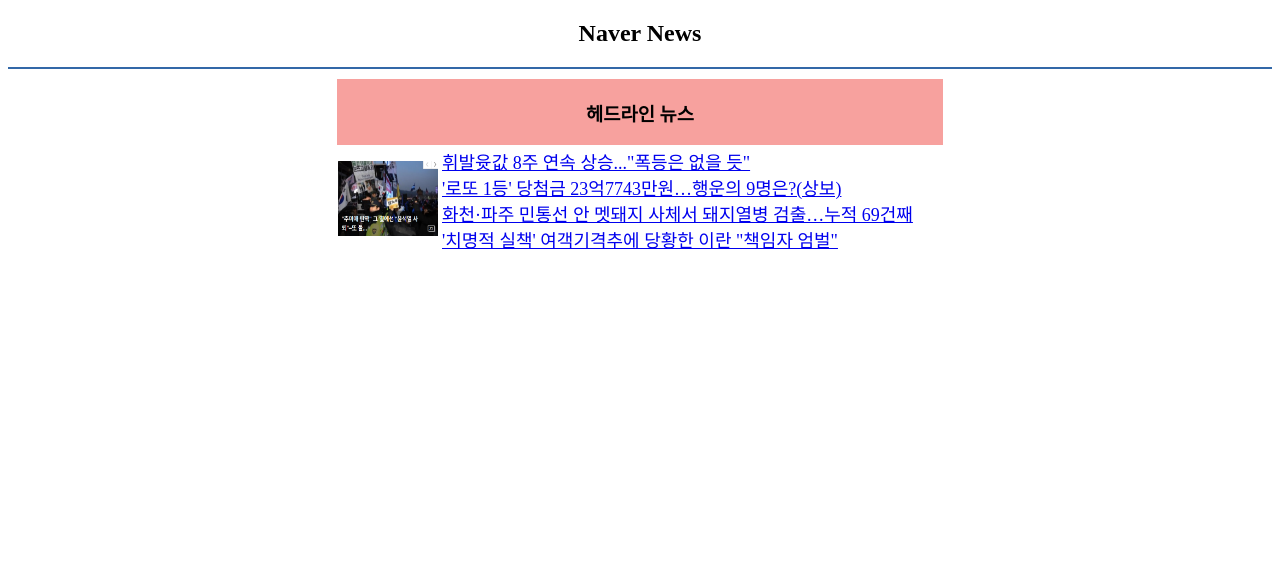
Repository: ujin2021/jsp_study
Page: jsp01/WebContent/naver.html
These files come from the project's save history. The page is drawn as it stood at one moment and after the next save; the edit follows.
The browser window is 1280 px wide. The pictures show the whole page.

Above is the page before, as saved 2020-01-11 16:26:26.

After the next save:
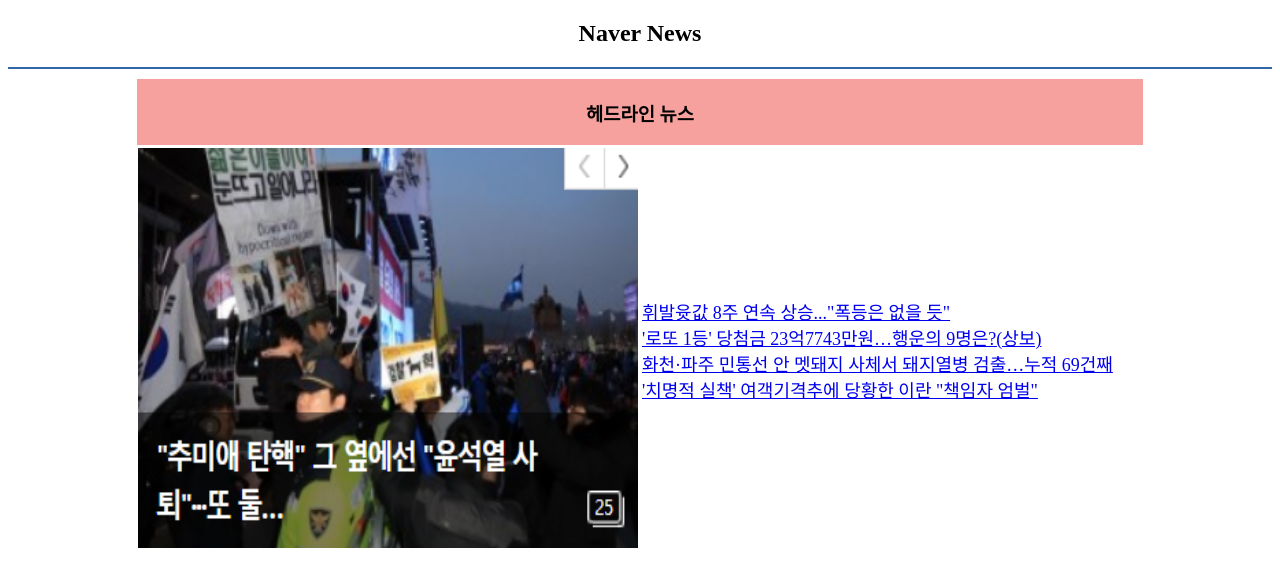
Saved 15 s later.
--- a/jsp01/WebContent/naver.html
+++ b/jsp01/WebContent/naver.html
@@ -19,7 +19,7 @@
 		<tr align="center">
 			<td>
 				<a href="https://news.naver.com/main/read.nhn?mode=LSD&mid=shm&sid1=102&oid=025&aid=0002967042">
-					<img alt="headline" src="img/navernews.PNG" width="100" height="75">
+					<img alt="headline" src="img/navernews.PNG" width="500" height="400">
 				</a>
 			</td>
 			<td align="left" width="500">
